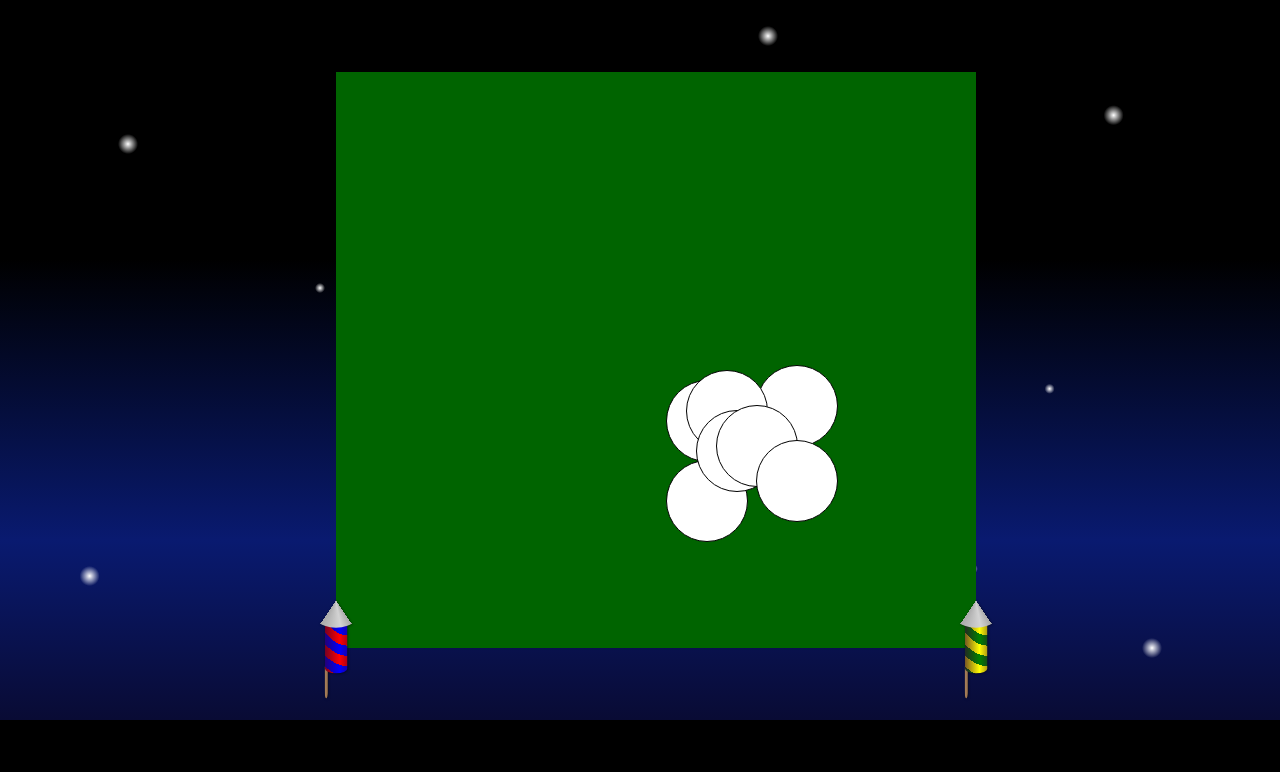
Repository: juliandecloe/CSS-To-The-Rescue---Julian-de-Cloe
Page: index.html
These files come from the project's save history. The page is drawn as it stood at one moment and after the next save; the edit follows.
The browser window is 1280 px wide. The pictures show the whole page.

Above is the page before, as saved 2022-03-10 17:19:43.

### index.html
<!DOCTYPE html>
<html lang="en">
	<head>
		<meta charset="UTF-8">
		<meta name="viewport" content="width=device-width, initial-scale=1.0">
		<title>The Anticlimax Fireworkshow!</title>
		<link rel="stylesheet" href="style.css">
	</head>
	<body>
		<input id="left" type="checkbox">
		<input id="middle" type="checkbox">
		<input id="right" type="checkbox">
		<main>
			<section>
				<label for="left">
					<figure></figure>
					<figure></figure>
					<figure></figure>
				</label>
				<ul>
					<li>
						<ul>
							<li></li>
							<li></li>
							<li></li>
							<li></li>
							<li></li>
						</ul>
					</li>
					<li>
						<ul>
							<li></li>
							<li></li>
							<li></li>
							<li></li>
							<li></li>
						</ul>
					</li>
					<li>
						<ul>
							<li></li>
							<li></li>
							<li></li>
							<li></li>
							<li></li>
						</ul>
					</li>
					<li>
						<ul>
							<li></li>
							<li></li>
							<li></li>
							<li></li>
							<li></li>
						</ul>
					</li>
					<li>
						<ul>
							<li></li>
							<li></li>
							<li></li>
							<li></li>
							<li></li>
						</ul>
					</li>
					<li>
						<ul>
							<li></li>
							<li></li>
							<li></li>
							<li></li>
							<li></li>
						</ul>
					</li>
					<li>
						<ul>
							<li></li>
							<li></li>
							<li></li>
							<li></li>
							<li></li>
						</ul>
					</li>
					<li>
						<ul>
							<li></li>
							<li></li>
							<li></li>
							<li></li>
							<li></li>
						</ul>
					</li>
					<li>
						<ul>
							<li></li>
							<li></li>
							<li></li>
							<li></li>
							<li></li>
						</ul>
					</li>
					<li>
						<ul>
							<li></li>
							<li></li>
							<li></li>
							<li></li>
							<li></li>
						</ul>
					</li>
					<li>
						<ul>
							<li></li>
							<li></li>
							<li></li>
							<li></li>
							<li></li>
						</ul>
					</li>
					<li>
						<ul>
							<li></li>
							<li></li>
							<li></li>
							<li></li>
							<li></li>
						</ul>
					</li>
				</ul>
			</section>
			<section>
				<label for="middle">
					<figure></figure>
					<figure></figure>
					<figure></figure>
				</label>
				<ul>
					<li>
						<ul>
							<li></li>
							<li></li>
							<li></li>
							<li></li>
							<li></li>
						</ul>
					</li>
					<li>
						<ul>
							<li></li>
							<li></li>
							<li></li>
							<li></li>
							<li></li>
						</ul>
					</li>
					<li>
						<ul>
							<li></li>
							<li></li>
							<li></li>
							<li></li>
							<li></li>
						</ul>
					</li>
					<li>
						<ul>
							<li></li>
							<li></li>
							<li></li>
							<li></li>
							<li></li>
						</ul>
					</li>
					<li>
						<ul>
							<li></li>
							<li></li>
							<li></li>
							<li></li>
							<li></li>
						</ul>
					</li>
					<li>
						<ul>
							<li></li>
							<li></li>
							<li></li>
							<li></li>
							<li></li>
						</ul>
					</li>
					<li>
						<ul>
							<li></li>
							<li></li>
							<li></li>
							<li></li>
							<li></li>
						</ul>
					</li>
					<li>
						<ul>
							<li></li>
							<li></li>
							<li></li>
							<li></li>
							<li></li>
						</ul>
					</li>
					<li>
						<ul>
							<li></li>
							<li></li>
							<li></li>
							<li></li>
							<li></li>
						</ul>
					</li>
					<li>
						<ul>
							<li></li>
							<li></li>
							<li></li>
							<li></li>
							<li></li>
						</ul>
					</li>
					<li>
						<ul>
							<li></li>
							<li></li>
							<li></li>
							<li></li>
							<li></li>
						</ul>
					</li>
					<li>
						<ul>
							<li></li>
							<li></li>
							<li></li>
							<li></li>
							<li></li>
						</ul>
					</li>
				</ul>
			</section>
			<section>
				<label for="right">
					<figure></figure>
					<figure></figure>
					<figure></figure>
				</label>
				<article>
					<ul>
						<li></li>
						<li></li>
						<li></li>
						<li></li>
						<li></li>
						<li></li>
						<li></li>
					</ul>
				</article>
			</section>
		</main>
	</body>
</html>

### style.css
/*========== GENERAL ==========*/

:root * {
	--hoekVar: calc(360deg / 12);
	--rotate: rotate(calc( var(--hoekVar) * var(--index) ));
	--hoekVar2: calc(360deg / 5);
	--rotate2: rotate(calc( var(--hoekVar2) * var(--index2) ));
	--hoekVar3: calc(360deg / 18);
	--rotate3: rotate(calc( var(--hoekVar3) * var(--index3) ));
	--star1: 5px;
	--star2: 3px;
}

@property --star1 {
	syntax: '<length>';
	inherits: false;
	initial-value: 0px;
}

@property --star2 {
	syntax: '<length>';
	inherits: false;
	initial-value: 0px;
}

* {
	padding: 0;
	margin: 0;
}

body, html {
	overflow: hidden;
}

html {
	background: linear-gradient(0deg, rgba(9,11,52,1) 0%, rgba(9,26,112,1) 25%, rgba(0,0,0,1) 64%, rgba(0,0,0,1) 100%);
}

@keyframes stars {
	0% {
		--star1: 5px;
	}
	100% {
		--star1: 10px;
	}
}

@keyframes stars2 {
	0% {
		--star2: 3px;
	}
	100% {
		--star2: 6px;
	}
}

body {
	background-position: center;
	background-image:
	radial-gradient(
		circle at
			10%
			20%,
		white,
		transparent var(--star1)
	),
	radial-gradient(
		circle at
			34%
			15%,
		white,
		transparent var(--star2)
	),
	radial-gradient(
		circle at
			50%
			60%,
		white,
		transparent var(--star2)
	),
	radial-gradient(
		circle at
			60%
			80%,
		white,
		transparent var(--star2)
	),
	radial-gradient(
		circle at
			25%
			40%,
		white,
		transparent var(--star2)
	),
	radial-gradient(
		circle at
			7%
			80%,
		white,
		transparent var(--star1)
	),
	radial-gradient(
		circle at
			87%
			16%,
		white,
		transparent var(--star1)
	),
	radial-gradient(
		circle at
			76%
			79%,
		white,
		transparent var(--star2)
	),
	radial-gradient(
		circle at
			90%
			90%,
		white,
		transparent var(--star1)
	),
	radial-gradient(
		circle at
			60%
			5%,
		white,
		transparent var(--star1)
	),
	radial-gradient(
		circle at
			72%
			32%,
		white,
		transparent var(--star2)
	),
	radial-gradient(
		circle at
			50%
			28%,
		white,
		transparent var(--star1)
	),
	radial-gradient(
		circle at
			37%
			80%,
		white,
		transparent var(--star1)
	),
	radial-gradient(
		circle at
			82%
			54%,
		white,
		transparent var(--star2)
	);
	animation:
	stars 1s linear alternate infinite,
	stars2 1.5s linear alternate infinite;
}

@media (prefers-reduced-motion) {
	body {
		animation-name: dissolve;
	}
}

main {
	display: flex;
	justify-content: center;
	align-items: end;
	width: 100vw;
	height: 100vh;
	padding-left: 1rem;
}

@media (max-width: 630px) {
	main {
		transform: scale(.5) translateY(50vh);
	}
}

section {
	display: grid;
	place-items: center;
	transition: 1s ease-out;
	width: 50vw;
}

@media (max-width: 630px) {
	section {
		width: 80vw;
	}
}

input {
	display: none;
}

/*========== FIRE ROCKET ==========*/

/*===== GENERAL =====*/

label {
	transform: scale(.3) translateY(50vh);
	z-index: 5;
	height: 350px;
	width: 120px;
	filter: drop-shadow(2px 2px 4px rgb(0,0,0,0.5));
	transition: 1s;
	cursor: pointer;
	animation: 1s
}

@media (max-width: 630px) {
	label {
		transform: scale(.5);
	}
}

section label > figure:first-child {
	border-radius: 50%;
	position: absolute;
	left: calc(50% - 55px);
	width: 110px;
	height: 130px;
	z-index: 3;
	clip-path: ellipse(90% 70% at center top);
	background-image:
		conic-gradient(
		at center top,
		transparent 146deg,
		darkgray 146deg,
		lightgray 170deg,
		darkgray 214deg,
		transparent 214deg
	);
}

section label figure:nth-child(2) {
	position: absolute;
	top: 83px;
	left: calc(50% - 37.5px);
	width: 75px;
	height: 160px;
	z-index: 2;
	background-size: 100% 100%, 600% 600%;
	background-position:left top, 40% -30%;
	border-radius: 0 0 50% 50% / 0 0 1em 1em;
}

section label > figure:nth-child(3) {
	position: absolute;
	background: #BA8C63;
	top: 220px;
	left: calc(50% - 37.5px);
	width: 10px;
	height: 110px;
	z-index: 1;
	box-shadow: inset -2px 0 8px rgb(0,0,0,0.5);
	clip-path: ellipse(10px 95px at 50% 10%);
}


/*===== COLOR ARROWS =====*/

section:first-child label figure:nth-child(2) {
	background-image:
		linear-gradient(
			to right,
			#303a 0%,
			transparent 65%,
			#3036 100%
		),
		repeating-radial-gradient(
			red 0 1em,
			blue 1em 2em
	);
}

section:nth-child(2) label figure:nth-child(2) {
	background-image:
		linear-gradient(
			to right,
			#303a 0%,
			transparent 65%,
			#3036 100%
		),
		repeating-radial-gradient(
			green 0 1em,
			yellow 1em 2em
		);
}

section:last-child label figure:nth-child(2) {
	background-image:
		linear-gradient(
			to right,
			#303a 0%,
			transparent 65%,
			#3036 100%
		),
		repeating-radial-gradient(
			pink 0 1em,
			purple 1em 2em
		);
}


/*========== FIRE WORK ==========*/

/*===== LAYER 1 =====*/

section > ul {
	list-style-type: none;
	position: absolute;
	width: 1rem;
	height: 1rem;
	display: grid;
	place-items: center;
	/* background-color: #ff4; */
}

section > ul > li {
	position: absolute;
	top: 50%;
	width: 40%;
	height: 1200%;
	transform-origin: center top;
	transform: var(--rotate);
	transition: .3s ease-out;
	transition-delay: 1s;
	display: flex;
	/* background-color: #f004; */
}

section:nth-child(2) > ul > li {
	position: absolute;
	top: 50%;
	width: 40%;
	height: 1200%;
	transform-origin: center top;
	transform: var(--rotate);
	transition: .3s ease-out;
	transition-delay: 1s;
	display: flex;
	/* background-color: #f004; */
}

section > ul > li::after {
	content: "";
	display: block;
	width: 100%;
	height: 50%;
	transition: .2s ease-out;
	transform-origin: center top;
	transform: scaleY(0);
	position: absolute;
}

/* Color */

section:first-child > ul > li::after {
	background-color: blue;
}

section:nth-child(2) > ul > li::after {
	background-color: green;
}

section:last-child > ul li::after {
	background-color: pink;
}


/*===== LAYER 2 =====*/

section > ul > li ul {
	list-style-type: none;
	position: relative;
	width: .5em;
	aspect-ratio: 1/1;
	align-self: end;
	display: grid;
	place-items: center;
	/* background-color: #f088; */
}

section:first-child > ul > li li {
	position: absolute;
	top: 50%;
	width: 25%;
	aspect-ratio: 1/8;
	background-color: #f00;
	transform-origin: center top;
	transform: var(--rotate2) scaleY(0);
	transition: .3s ease-out;
	transition-delay: 1.8s;
}

section:nth-child(2) > ul > li li {
	position: absolute;
	width: 30%;
	height: 1200%;
	background-color: yellow;
	transform-origin: center;
	transform: var(--rotate2) scaleY(1);
	transition: .5s ease-out;
	transition-delay: 1.5s;
	visibility: hidden;
}


/*========== INTERACTION ==========*/

/*===== GENERAL =====*/

section > ul > li:nth-of-type(1) { --index:1; }
section > ul > li:nth-of-type(2) { --index:2; }
section > ul > li:nth-of-type(3) { --index:3; }
section > ul > li:nth-of-type(4) { --index:4; }
section > ul > li:nth-of-type(5) { --index:5; }
section > ul > li:nth-of-type(6) { --index:6; }
section > ul > li:nth-of-type(7) { --index:7; }
section > ul > li:nth-of-type(8) { --index:8; }
section > ul > li:nth-of-type(9) { --index:9; }
section > ul > li:nth-of-type(10) { --index:10; }
section > ul > li:nth-of-type(11) { --index:11; }
section > ul > li:nth-of-type(12) { --index:12; }

ul > li li:nth-of-type(1) { --index2:1; }
ul > li li:nth-of-type(2) { --index2:2; }
ul > li li:nth-of-type(3) { --index2:3; }
ul > li li:nth-of-type(4) { --index2:4; }
ul > li li:nth-of-type(5) { --index2:5; }

/* section:last-child li:nth-of-type(1) { --index3:1; }
section:last-child li:nth-of-type(2) { --index3:2; }
section:last-child li:nth-of-type(3) { --index3:3; }
section:last-child li:nth-of-type(4) { --index3:4; }
section:last-child li:nth-of-type(5) { --index3:5; }
section:last-child li:nth-of-type(6) { --index3:6; }
section:last-child li:nth-of-type(7) { --index3:7; }
section:last-child li:nth-of-type(8) { --index3:8; }
section:last-child li:nth-of-type(9) { --index3:9; }
section:last-child li:nth-of-type(10) { --index3:10; }
section:last-child li:nth-of-type(11) { --index3:11; }
section:last-child li:nth-of-type(12) { --index3:12; }
section:last-child li:nth-of-type(13) { --index3:13; }
section:last-child li:nth-of-type(14) { --index3:14; }
section:last-child li:nth-of-type(15) { --index3:15; }
section:last-child li:nth-of-type(16) { --index3:16; }
section:last-child li:nth-of-type(17) { --index3:17; }
section:last-child li:nth-of-type(18) { --index3:18; } */

/* Rocket */

input:first-child[type="checkbox"]:checked ~ main section:first-child, input:nth-child(2)[type="checkbox"]:checked ~ main section:nth-child(2) {
	transform: translateY(-50vh);
}

@media (max-width: 630px) {
	input:first-child[type="checkbox"]:checked ~ main section:first-child, input:nth-child(2)[type="checkbox"]:checked ~ main section:nth-child(2) {
		transform: translateY(-90vh);
	}
}

input:first-child[type="checkbox"]:checked ~ main section:first-child label, input:nth-child(2)[type="checkbox"]:checked ~ main section:nth-child(2) label {
	transform: scale(.5, .3);
	animation: explode 1s 1s ease-in forwards;
}

/* Explode 1 */

input:first-child[type="checkbox"]:checked ~ main section:first-child > ul > li, input:nth-child(2)[type="checkbox"]:checked ~ main section:nth-child(2) > ul > li {
	transform: var(--rotate) translateY(2em);
}

input:first-child[type="checkbox"]:checked ~ main section:first-child > ul > li::after, input:nth-child(2)[type="checkbox"]:checked ~ main section:nth-child(2) > ul > li::after {
	animation: after .3s 1s ease-out forwards;
}


/*===== ARROW 1 =====*/

input:first-child[type="checkbox"]:checked ~ main section:first-child > ul > li li {
	animation: lili .3s 1.5s ease-out forwards;
}

/*===== ARROW 2 =====*/

input:nth-child(2)[type="checkbox"]:checked ~ main section:nth-child(2) > ul > li li {
	visibility: visible;
	transform: var(--turn) scaleY(6) translateY(2em);
	opacity: 0;
}

/*===== ARROW 3 =====*/

input:nth-child(3)[type="checkbox"]:checked ~ main section:last-child {
	transform: translateY(-50vh);
}

input:nth-child(3)[type="checkbox"]:checked ~ main article label {
	animation: huge .8s 1s ease-out forwards;
}

/*========== ANIMATIONS ==========*/

@keyframes huge {
	0% {
		transform: scaleY(0);
	}
	99% {
		transform: translateY(200%) scaleY(0);
		opacity: 0;
	}
	100% {
		transform: translateY(0) scaleY(0);
		opacity: 1;
	}
}

@keyframes explode {
	0% {
		visibility: hidden;
	}
	99% {
		visibility: hidden;
	}
	100% {
		transform: translateY(65vh) scale(.3);
		visibility: visible;
	}
}

@keyframes after {
	0% {
		transform: scaleY(0);
	}
	33% {
		transform: scaleY(1) ;
	}
	67% {
		transform: translateY(100%) scaleY(1) ;
	}
	99% {
		transform: translateY(200%) scaleY(0) ;
	}
	100% {
		transform: translateY(0) scaleY(0) ;
	}
}

@keyframes lili {
	0% {
		transform: var(--rotate2) translateY(0) scaleY(0);
	}
	50% {
		transform: var(--rotate2) translateY(0) scaleY(3);
	}
	99% {
		transform: var(--rotate2) translateY(400%) scaleY(0);
	}
	100% {
		transform: var(--rotate2) translateY(0) scaleY(0);
	}
}



/*========== CLOUDS ==========*/

section:last-child label {
	display: none;
}

section:last-child {
	position: absolute;
	top: 10vh;
	background-color: darkgreen;
	width: 50vw;
	height: 80vh;
}

article ul {
	position: relative;
	list-style-type: none;
}

article li {
	position: absolute;
	border-radius: 50%;
	background-color: white !important;
	width: 5rem;
	height: 5rem;
	border: 1px solid black;
}

article li:first-child {
	top: 5px;
	left: 100px;
}

article li:nth-child(2) {
	top: 100px;
	left: 10px;
}

article li:nth-child(3) {
	top: 20px;
	left: 10px;
}

article li:nth-child(4) {
	top: 10px;
	left: 30px;
}

article li:nth-child(5) {
	top: 50px;
	left: 40px;
}

article li:nth-child(6) {
	top: 45px;
	left: 60px;
}

article li:last-child {
	top: 80px;
	left: 100px;
}

After the next save:
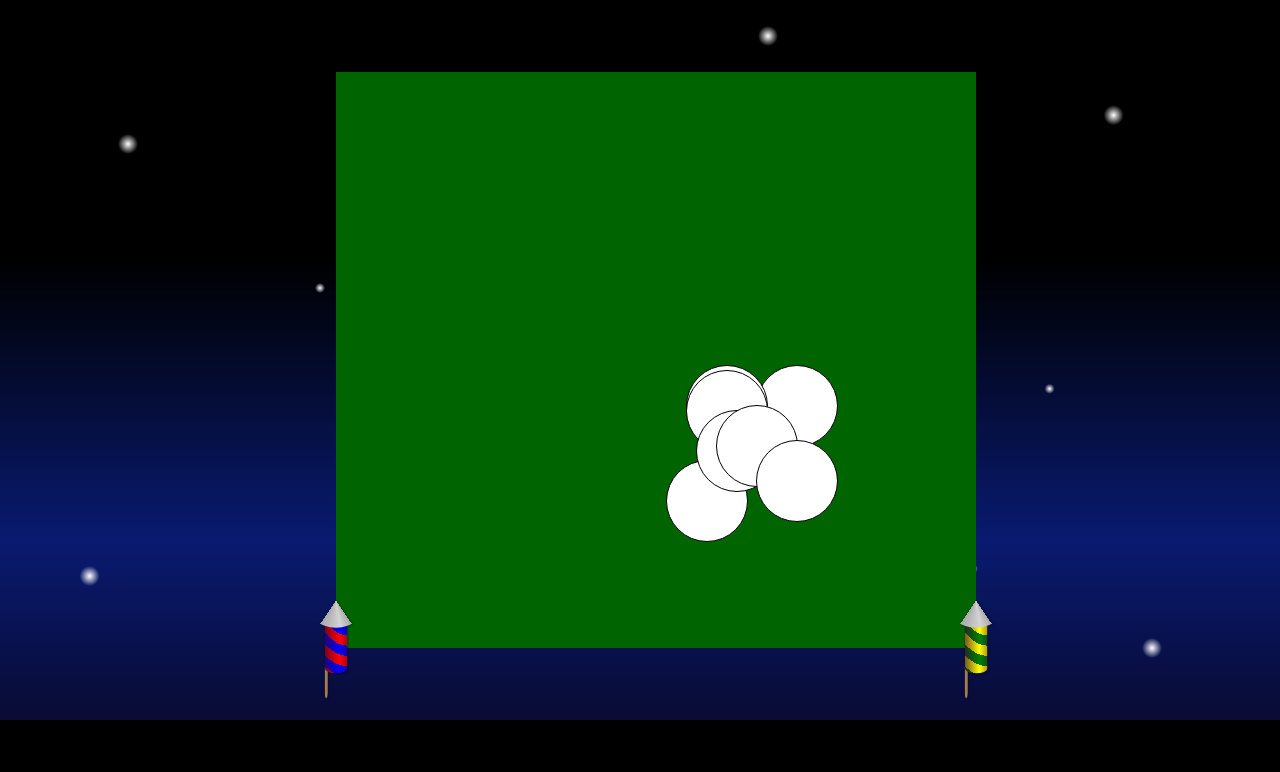
Saved 14 s later.
--- a/style.css
+++ b/style.css
@@ -609,8 +609,8 @@ article li:nth-child(2) {
 }
 
 article li:nth-child(3) {
-	top: 20px;
-	left: 10px;
+	top: 5px;
+	left: 30px;
 }
 
 article li:nth-child(4) {
